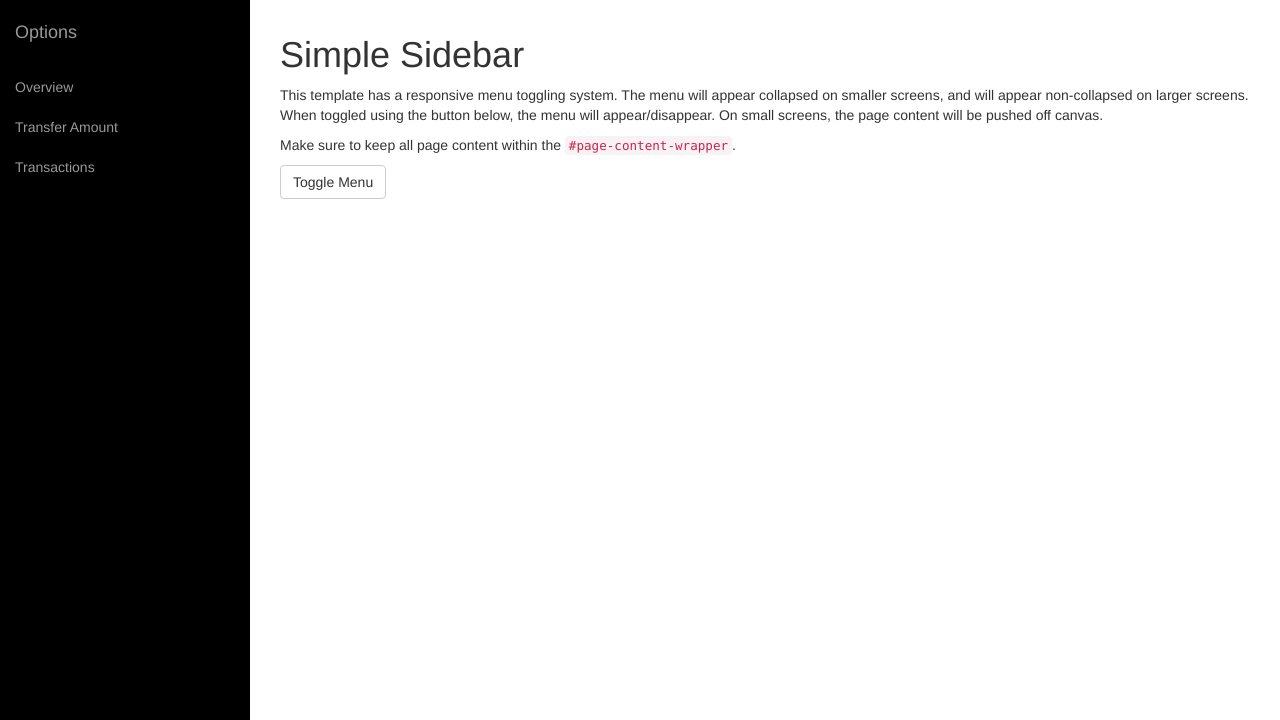
Repository: sijangurung/OFFPad-Projects
Page: Web App Workspace/OffPad WebApp/WebContent/index.html
The author's editor kept a copy of each file at every save. The page is drawn from the files as they stood at one save, then again after the next save.
The browser window is 1280 px wide. The pictures show the whole page.

Above is the page before, as saved 2015-12-29 15:57:50.

After the next save:
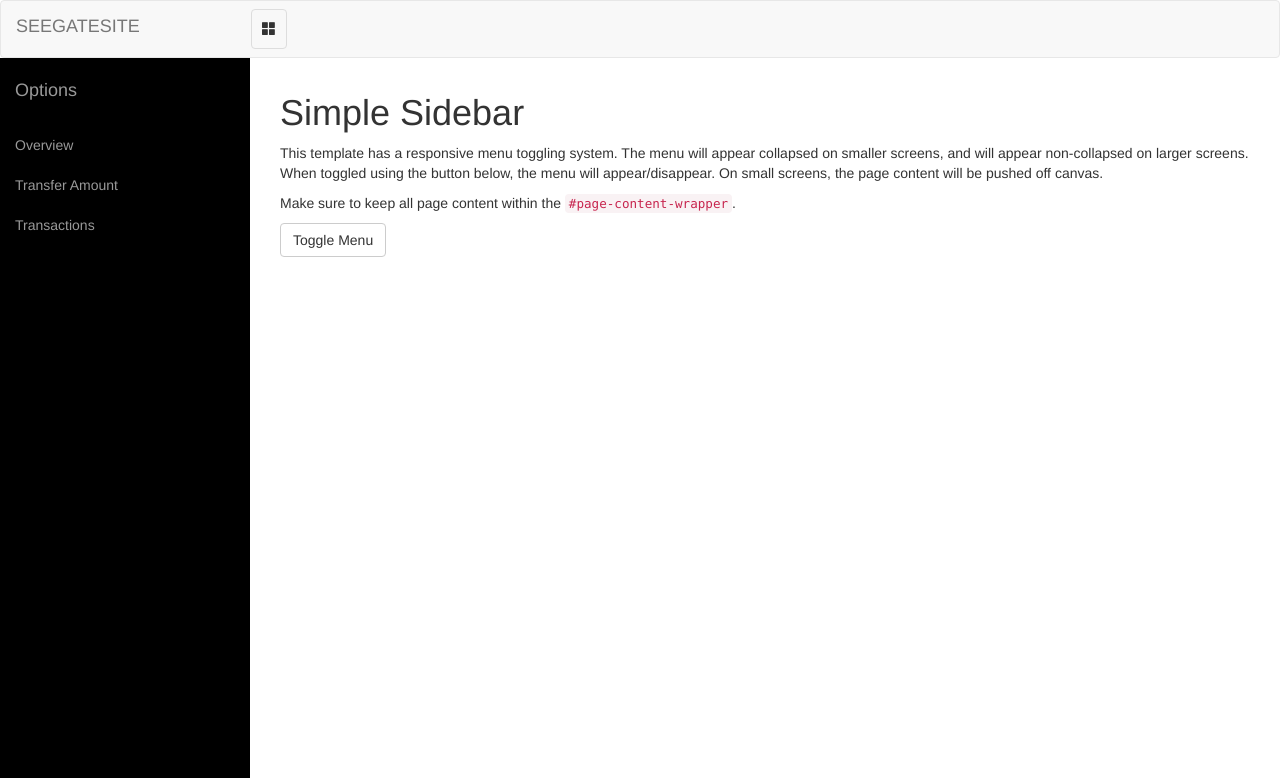
Saved 27 s later.
--- a/Web App Workspace/OffPad WebApp/WebContent/index.html
+++ b/Web App Workspace/OffPad WebApp/WebContent/index.html
@@ -27,7 +27,21 @@
 </head>
 
 <body>
+<nav class="navbar navbar-default no-margin">
+    <!-- Brand and toggle get grouped for better mobile display -->
+                <div class="navbar-header fixed-brand">
+                    <button type="button" class="navbar-toggle collapsed" data-toggle="collapse"  id="menu-toggle">
+                      <span class="glyphicon glyphicon-th-large" aria-hidden="true"></span>
+                    </button>
+                    <a class="navbar-brand" href="#"><i class="fa fa-rocket fa-4"></i> SEEGATESITE</a>
+                </div><!-- navbar-header-->
 
+                <div class="collapse navbar-collapse" id="bs-example-navbar-collapse-1">
+                            <ul class="nav navbar-nav">
+                                <li class="active" ><button class="navbar-toggle collapse in" data-toggle="collapse" id="menu-toggle-2"> <span class="glyphicon glyphicon-th-large" aria-hidden="true"></span></button></li>
+                            </ul>
+                </div><!-- bs-example-navbar-collapse-1 -->
+    </nav>
     <div id="wrapper">
 
         <!-- Sidebar -->
